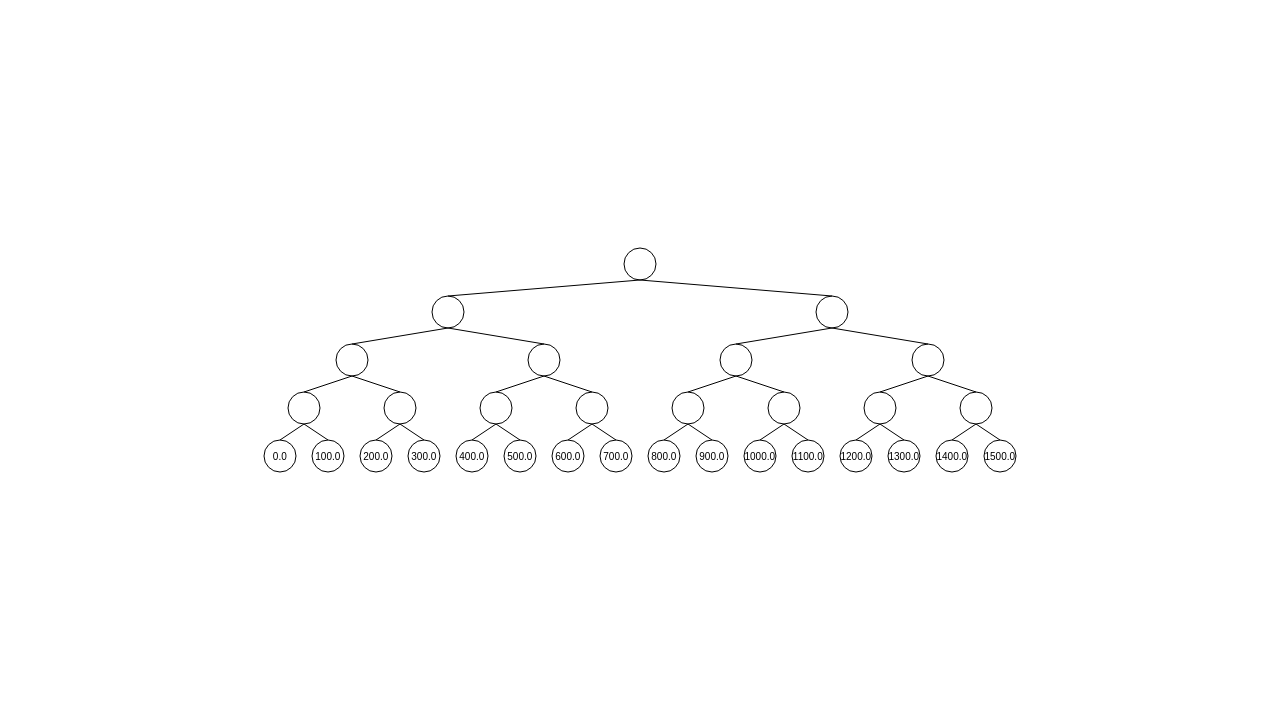
Repository: SanjoSolutions/projects
Page: binary-tree-graph/binary_tree_graph_7.html
An editor plug-in stored every save of this project. The page is shown before and after the next save, followed by the edit.
The browser window is 1280 px wide. The pictures show the whole page.

Above is the page before, as saved 2020-09-02 14:10:19.

### binary-tree-graph/binary_tree_graph_7.html
<!doctype html>
<html lang="en">

<head>
  <meta charset="UTF-8">
  <meta name="viewport"
    content="width=device-width, user-scalable=no, initial-scale=1.0, maximum-scale=1.0, minimum-scale=1.0">
  <meta http-equiv="X-UA-Compatible" content="ie=edge">
  <title>Binary Tree Graph</title>
  <style>
    body {
      margin: 0;
      overflow: hidden;
    }

    body.moving {
      cursor: grab;
    }

    canvas {
      width: 100vw;
      height: 100vh;
    }
  </style>
</head>

<body>
  <script type="module" src="binary_tree_graph_7.js"></script>
</body>

</html>

### binary-tree-graph/binary_tree_graph_7.js
import { createBinaryTreeGraph } from './createBinaryTreeGraph.js';

const min = 0
const max = 1000
const step = 100

async function main() {
  const binaryTreeGraph = createBinaryTreeGraph({ min, max, step })
  document.body.appendChild(binaryTreeGraph)
}

document.addEventListener('DOMContentLoaded', main)

### binary-tree-graph/createBinaryTreeGraph.js
function createFullDocumentCanvas(onDevicePixelRatioOrDocumentSizeChangeFn = noop) {
  const canvas = document.createElement('canvas')
  const context = canvas.getContext('2d')

  setCanvasSizeAndScale()

  listenToDevicePixelRatioChange(onDevicePixelRatioOrDocumentSizeChange)
  window.addEventListener('resize', onDevicePixelRatioOrDocumentSizeChange)

  function setCanvasSizeAndScale() {
    const documentWidth = window.innerWidth
    const documentHeight = window.innerHeight
    const devicePixelRatio = window.devicePixelRatio
    canvas.width = devicePixelRatio * documentWidth
    canvas.height = devicePixelRatio * documentHeight
  }

  function onDevicePixelRatioOrDocumentSizeChange(event) {
    setCanvasSizeAndScale()
    onDevicePixelRatioOrDocumentSizeChangeFn({ canvas, context }, event)
  }

  return { canvas, context }
}

function listenToDevicePixelRatioChange(callback) {
  let mediaQueryList

  function registerDevicePixelRatioChangeListener(onDevicePixelRatioChange) {
    mediaQueryList = matchMedia(`(resolution: ${window.devicePixelRatio}dppx)`)
    mediaQueryList.addEventListener('change', onDevicePixelRatioChange)
  }

  function onDevicePixelRatioChange(event) {
    mediaQueryList.removeEventListener('change', onDevicePixelRatioChange)
    registerDevicePixelRatioChangeListener(onDevicePixelRatioChange)
    callback(event)
  }

  registerDevicePixelRatioChangeListener(onDevicePixelRatioChange)
}

function noop() { }

class BinaryTree {
  constructor() {
    this.root = new BinaryTreeNode()
  }
}

class BinaryTreeNode {
  constructor() {
    this.value = undefined
    this.parent = undefined
    this.children = new Array(2)
    // For rendering
    this.position = { x: undefined, y: undefined }
  }
}

function createBinaryTree({ min, max, step, showLabels }) {
  if (typeof showLabels === 'undefined') {
    showLabels = true
  }

  const numberOfLeafNodes = 2 ** Math.ceil(Math.log2((max - min + 1) / step))
  const binaryTree = new BinaryTree()

  const numberOfLevels = calculateNumberOfLevels(numberOfLeafNodes)
  let nextLevelNodes = [binaryTree.root]
  let nodes
  for (let levelIndex = 0; levelIndex < numberOfLevels - 1; levelIndex++) {
    nodes = nextLevelNodes
    nextLevelNodes = new Array(2 ** (levelIndex + 1))
    let nextLevelNodesIndex = 0
    for (const node of nodes) {
      const childNode0 = new BinaryTreeNode()
      childNode0.parent = node
      const childNode1 = new BinaryTreeNode()
      childNode1.parent = node
      node.children[0] = childNode0
      node.children[1] = childNode1
      nextLevelNodes[nextLevelNodesIndex] = childNode0
      nextLevelNodesIndex++
      nextLevelNodes[nextLevelNodesIndex] = childNode1
      nextLevelNodesIndex++
    }
  }

  if (showLabels) {
    for (let index = 0; index < numberOfLeafNodes; index++) {
      nextLevelNodes[index].value = min + index * step
    }
  }

  return binaryTree
}

function calculateNumberOfLevels(numberOfLeafNodes) {
  // 2 ** (x-1) = numberOfLeafNodes
  return Math.ceil(Math.log2(numberOfLeafNodes) + 1)
}

function render({ canvas, context }, { binaryTreeRendering, viewportBoundingBox, binaryTreeRenderingBoundingBox, zoom }) {
  context.clearRect(
    0,
    0,
    canvas.width,
    canvas.height
  )
  context.drawImage(
    binaryTreeRendering,
    viewportBoundingBox.x - binaryTreeRenderingBoundingBox.x,
    viewportBoundingBox.y - binaryTreeRenderingBoundingBox.y,
    window.devicePixelRatio * viewportBoundingBox.width / zoom,
    window.devicePixelRatio * viewportBoundingBox.height / zoom,
    0,
    0,
    canvas.width,
    canvas.height
  )
}

function rerenderBinaryTree(binaryTree, { viewportBoundingBox }) {
  const binaryTreeRenderingBoundingBox = calculateBinaryTreeRenderingBoundingBox(
    viewportBoundingBox
  )
  const {
    canvas: binaryTreeRendering,
    totalRenderingWidth,
    totalRenderingHeight
  } = renderBinaryTree(binaryTree, binaryTreeRenderingBoundingBox)
  binaryTreeRenderingBoundingBox.width = Math.min(binaryTreeRenderingBoundingBox.width, totalRenderingWidth)
  binaryTreeRenderingBoundingBox.height = Math.min(binaryTreeRenderingBoundingBox.height, totalRenderingHeight)

  return { binaryTreeRendering, totalRenderingWidth, totalRenderingHeight, binaryTreeRenderingBoundingBox }
}

function calculateBinaryTreeRenderingBoundingBox(viewportBoundingBox) {
  // width <= 65535 && height <= 65535 && width * height <= 16384 * 16384
  // ratio = viewportBoundingBox.width / viewportBoundingBox.height
  // height = width / ratio
  // width * height <= 16384 * 16384
  // width * width / ratio <= 16384 * 16384
  // width = Math.sqrt(16384 * 16384 * ratio)
  // height = width / ratio
  const maxWidth = 65535
  const maxHeight = 65535
  const maxArea = 16384 * 16384
  const ratio = viewportBoundingBox.width / viewportBoundingBox.height
  let width = Math.sqrt(maxArea * ratio)
  let height = width / ratio
  width = Math.min(maxWidth, Math.floor(width))
  height = Math.min(maxHeight, Math.floor(height))
  const extraSpace = {
    width: width - viewportBoundingBox.width,
    height: height - viewportBoundingBox.height
  }
  const extraHorizontalSpace = 0.5 * (width - viewportBoundingBox.width)
  const extraVerticalSpace = 0.5 * (height - viewportBoundingBox.height)
  return {
    x: Math.max(0, viewportBoundingBox.x - extraHorizontalSpace),
    y: Math.max(0, viewportBoundingBox.y - extraVerticalSpace),
    width,
    height,
  }
}

/**
 *
 * @param binaryTree
 * @param boundingBox The boundingBox for the area of the binary tree rendering that should be rendered.
 */
function renderBinaryTree(binaryTree, boundingBox) {
  const paddingToEdge = 16
  const paddingBetweenNodes = 16
  const nodeRadius = 16

  const numberOfNodes = getNumberOfNodes(binaryTree)
  const numberOfLevels = numberOfNodes.length
  // console.log('numberOfNodes', numberOfNodes)
  // console.log('numberOfLevel', numberOfLevels)

  const lastLevelNumberOfNodes = numberOfNodes[numberOfLevels - 1]
  const lastLevelWidth = lastLevelNumberOfNodes * 2 * nodeRadius + (lastLevelNumberOfNodes - 1) * paddingBetweenNodes
  const levelWidths = new Array(numberOfLevels)
  levelWidths[numberOfLevels - 1] = lastLevelWidth
  const spaceBetweenNodes = new Array(numberOfLevels)
  spaceBetweenNodes[numberOfLevels - 1] = paddingBetweenNodes
  for (let level = numberOfLevels - 2; level >= 0; level--) {
    const levelWidth = levelWidths[level + 1] - 2 * (nodeRadius + 0.5 * spaceBetweenNodes[level + 1])
    levelWidths[level] = levelWidth
    const numberOfNodes = 2 ** level
    spaceBetweenNodes[level] = numberOfNodes === 1 ? 0 : (levelWidth - numberOfNodes * 2 * nodeRadius) / (numberOfNodes - 1)
  }
  // console.log('levelWidths', levelWidths)
  // console.log('spaceBetweenNodes', spaceBetweenNodes)

  const canvas = document.createElement('canvas')
  const context = canvas.getContext('2d')

  const devicePixelRatio = window.devicePixelRatio
  const totalRenderingWidth = devicePixelRatio * (2 * paddingToEdge + lastLevelWidth)
  const totalRenderingHeight = devicePixelRatio * (2 * paddingToEdge + numberOfLevels * 2 * nodeRadius + (numberOfLevels - 1) * paddingBetweenNodes)
  canvas.width = Math.min(boundingBox.width, totalRenderingWidth)
  canvas.height = Math.min(boundingBox.height, totalRenderingHeight)

  const canvasWidth = canvas.width / devicePixelRatio
  const canvasHeight = canvas.height / devicePixelRatio

  context.translate(-boundingBox.x, -boundingBox.y)
  context.scale(devicePixelRatio, devicePixelRatio)

  /*
  context.fillStyle = 'blue'
  context.fillRect(boundingBox.x / devicePixelRatio, boundingBox.y / devicePixelRatio, canvasWidth, canvasHeight)
  context.fillStyle = 'black'
  */
  /*
  context.beginPath()
  context.rect(boundingBox.x / devicePixelRatio, boundingBox.y / devicePixelRatio, canvasWidth, canvasHeight)
  context.stroke()
  */

  calculatePositions()
  render()

  context.restore()

  function calculatePositions() {
    let nodes = [binaryTree.root]
    let level = 0
    while (nodes.length >= 1) {
      const numberOfNodes = nodes.length
      const levelWidth = levelWidths[level]
      const spaceBetweenNodesOnLevel = spaceBetweenNodes[level]
      const y = paddingToEdge + nodeRadius + level * (2 * nodeRadius + paddingBetweenNodes)
      for (let index = 0; index < nodes.length; index++) {
        const node = nodes[index]
        let x
        if (numberOfNodes === 1) {
          x = totalRenderingWidth / devicePixelRatio / 2
        } else {
          x = totalRenderingWidth / devicePixelRatio / 2 - 0.5 * levelWidth + nodeRadius + index * (2 * nodeRadius + spaceBetweenNodesOnLevel)
        }
        node.position = {
          x,
          y
        }
      }
      nodes = nodes.map(node => node.children).flat()
      level++
    }
  }

  function render() {
    renderNodes()
    renderConnections()
  }

  function renderNodes() {
    let nodes = [binaryTree.root]
    let level = 0
    while (nodes.length >= 1) {
      for (let index = 0; index < nodes.length; index++) {
        const node = nodes[index]
        if (isNodeInViewport(node)) {
          context.beginPath()
          context.arc(node.position.x, node.position.y, nodeRadius, 0, 2 * Math.PI)
          context.stroke()
          if (typeof node.value !== 'undefined') {
            const value = node.value.toFixed(1)
            const textMeasures = context.measureText(value)
            context.fillText(
              value,
              node.position.x - 0.5 * (textMeasures.actualBoundingBoxLeft + textMeasures.actualBoundingBoxRight),
              node.position.y + 0.5 * (textMeasures.actualBoundingBoxAscent + textMeasures.actualBoundingBoxDescent)
            )
          }
        }
      }
      nodes = nodes.map(node => node.children).flat()
    }
  }

  function isNodeInViewport(node) {
    const x = window.devicePixelRatio * node.position.x
    const y = window.devicePixelRatio * node.position.y
    const result = (
      boundingBox.x - nodeRadius <= x && x <= x + canvas.width + nodeRadius &&
      boundingBox.y - nodeRadius <= y && y <= y + canvas.height + nodeRadius
    )
    return result
  }

  function renderConnections() {
    let nodes = [binaryTree.root]
    let level = 0
    while (nodes.length >= 1) {
      for (let index = 0; index < nodes.length; index++) {
        const node = nodes[index]
        const children = node.children.flat()
        for (const child of children) {
          context.beginPath()
          context.moveTo(node.position.x, node.position.y + nodeRadius)
          context.lineTo(child.position.x, child.position.y - nodeRadius)
          context.stroke()
        }
      }
      nodes = nodes.map(node => node.children).flat()
    }
  }

  return { canvas, totalRenderingWidth, totalRenderingHeight }
}

function getNumberOfNodes(binaryTree) {
  const numberOfNodes = []
  let nodes = [binaryTree.root]
  while (nodes.length >= 1) {
    numberOfNodes.push(nodes.length)
    nodes = nodes.map(node => node.children).flat()
  }
  return numberOfNodes
}


export function createBinaryTreeGraph({ min, max, step, showLabels }) {
  if (typeof showLabels === 'undefined') {
    showLabels = true
  }

  // Zooming
  // Moving
  // Rendering of arbitrary big graphics
  //   Regarding limitation of maximum canvas size:
  //     Solution: Render part of the graphics
  //               which needs to be visible.
  //     and we render as big of a part of the graphics
  //     as possible so that we minimize the rerendering
  //     of the graphics after move actions.

  const binaryTree = createBinaryTree({ min, max, step, showLabels })

  const viewportWidth = window.innerWidth
  const viewportHeight = window.innerHeight
  let viewportBoundingBox = {
    x: 0, // The x-coordinate of the first left top pixel that should be rendered.
    y: 0, // The y-coordinate of the first left top pixel that should be rendered.
    width: viewportWidth, // The width of the viewport.
    height: viewportHeight // The height of the viewport.
  }
  let previousBoundingBox = viewportBoundingBox
  // x: The x-coordinate of the first left top pixel of the graphics that is rendered in the graphics canvas.
  // y: The y-coordinate of the first left top pixel of the graphics that is rendered in the graphics canvas.
  // width: The width of the viewport of the graphics canvas.
  // height: The height of the viewport of the graphics canvas.
  let binaryTreeRenderingBoundingBox
  let binaryTreeRendering
  let totalRenderingWidth
  let totalRenderingHeight
  let zoom = 1

  function onResize({ canvas, context }) {
    setViewportBoundingBox({
      x: viewportBoundingBox.x,
      y: viewportBoundingBox.y,
      width: window.innerWidth,
      height: window.innerHeight
    })
  }

  const { canvas, context } = createFullDocumentCanvas(onResize)

  let result = rerenderBinaryTree(
    binaryTree,
    { viewportBoundingBox }
  )
  binaryTreeRendering = result.binaryTreeRendering
  totalRenderingWidth = result.totalRenderingWidth
  totalRenderingHeight = result.totalRenderingHeight
  binaryTreeRenderingBoundingBox = result.binaryTreeRenderingBoundingBox

  function setViewportBoundingBox(newViewportBoundingBox) {
    previousBoundingBox = viewportBoundingBox
    viewportBoundingBox = newViewportBoundingBox
    if (
      (binaryTreeRenderingBoundingBox.x > 0 && viewportBoundingBox.x < binaryTreeRenderingBoundingBox.x) ||
      (binaryTreeRenderingBoundingBox.x + binaryTreeRenderingBoundingBox.width < totalRenderingWidth && viewportBoundingBox.x + window.devicePixelRatio * viewportBoundingBox.width / zoom > binaryTreeRenderingBoundingBox.x + binaryTreeRenderingBoundingBox.width) ||
      (binaryTreeRenderingBoundingBox.y > 0 && viewportBoundingBox.y < binaryTreeRenderingBoundingBox.y) ||
      (binaryTreeRenderingBoundingBox.y + binaryTreeRenderingBoundingBox.height < totalRenderingHeight && viewportBoundingBox.y + window.devicePixelRatio * viewportBoundingBox.height / zoom > binaryTreeRenderingBoundingBox.y + binaryTreeRenderingBoundingBox.height)
    ) {
      result = rerenderBinaryTree(
        binaryTree,
        { viewportBoundingBox }
      )
      binaryTreeRendering = result.binaryTreeRendering
      totalRenderingWidth = result.totalRenderingWidth
      binaryTreeRenderingBoundingBox = result.binaryTreeRenderingBoundingBox
    }
    render({ canvas, context }, { binaryTreeRendering, viewportBoundingBox, binaryTreeRenderingBoundingBox, zoom })
  }

  setViewportBoundingBox({
    x: 0.5 * totalRenderingWidth - 0.5 * canvas.width,
    y: canvas.height >= totalRenderingHeight ? -0.5 * (canvas.height - totalRenderingHeight) : 0,
    width: viewportBoundingBox.width,
    height: viewportBoundingBox.height
  })

  let spacePressed = false
  let primaryMouseButtonPressed = false
  let previousPosition = undefined

  window.addEventListener('keypress', (event) => {
    if (event.ctrlKey && event.key === '+') {
      zoom += 0.25
      setViewportBoundingBox(viewportBoundingBox)
    } else if (event.ctrlKey && event.key === '-') {
      zoom = Math.max(0.25, zoom - 0.25)
      setViewportBoundingBox(viewportBoundingBox)
    } else if (event.ctrlKey && event.key === '0') {
      zoom = 1
      setViewportBoundingBox(viewportBoundingBox)
    }
  })

  window.addEventListener('keydown', (event) => {
    if (event.code === 'Space') {
      spacePressed = true
      document.body.classList.add('moving')
      event.preventDefault()
    }
  })

  window.addEventListener('keyup', (event) => {
    if (event.code === 'Space') {
      spacePressed = false
      previousPosition = undefined
      document.body.classList.remove('moving')
      event.preventDefault()
    }
  })

  window.addEventListener('mousedown', (event) => {
    if (event.button === 0) {
      primaryMouseButtonPressed = true
    }
  })

  window.addEventListener('mouseup', (event) => {
    if (event.button === 0) {
      primaryMouseButtonPressed = false
      previousPosition = undefined
    }
  })

  window.addEventListener('mousemove', (event) => {
    if (spacePressed && primaryMouseButtonPressed) {
      const position = {
        x: event.pageX,
        y: event.pageY
      }

      if (previousPosition) {
        const delta = {
          x: position.x - previousPosition.x,
          y: position.y - previousPosition.y
        }
        setViewportBoundingBox({
          x: viewportBoundingBox.x - delta.x * window.devicePixelRatio / zoom,
          y: viewportBoundingBox.y - delta.y * window.devicePixelRatio / zoom,
          width: viewportBoundingBox.width,
          height: viewportBoundingBox.height
        })
      }

      previousPosition = position
    }
  })

  return canvas
}

After the next save:
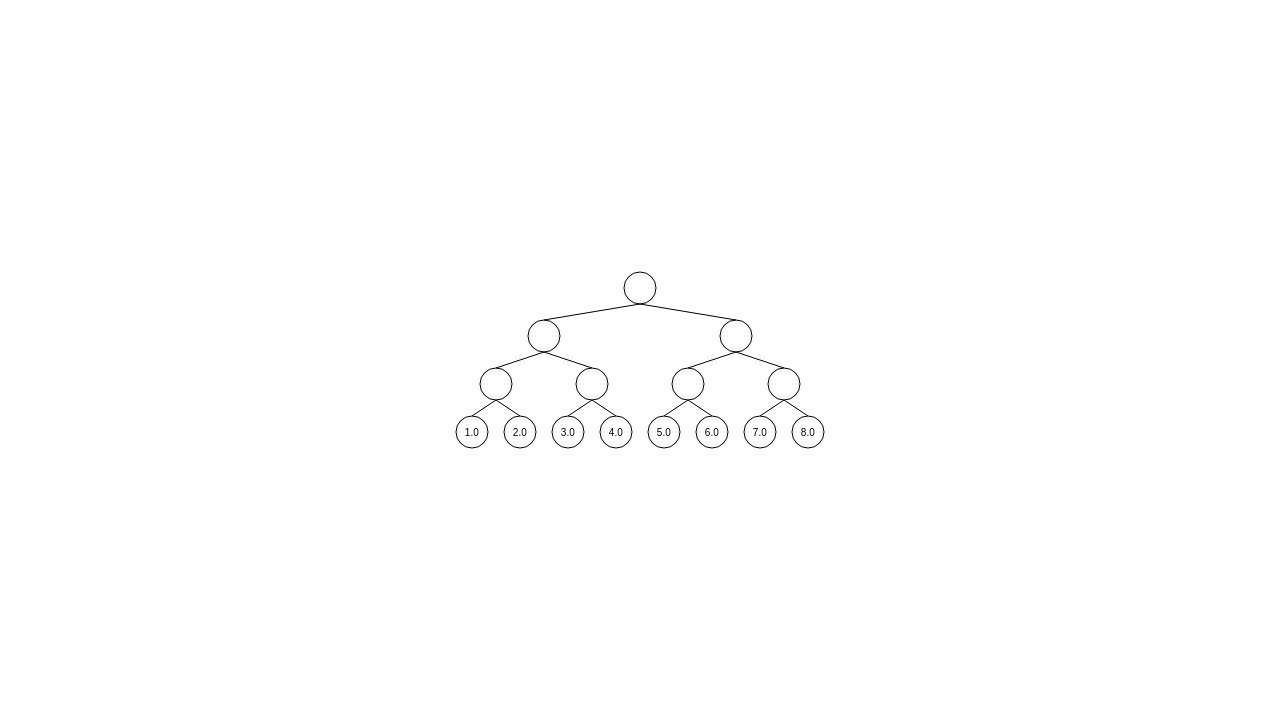
Saved 48 s later.
--- a/binary-tree-graph/binary_tree_graph_7.js
+++ b/binary-tree-graph/binary_tree_graph_7.js
@@ -1,8 +1,8 @@
 import { createBinaryTreeGraph } from './createBinaryTreeGraph.js';
 
-const min = 0
-const max = 1000
-const step = 100
+const min = 1
+const max = 7
+const step = 1
 
 async function main() {
   const binaryTreeGraph = createBinaryTreeGraph({ min, max, step })
